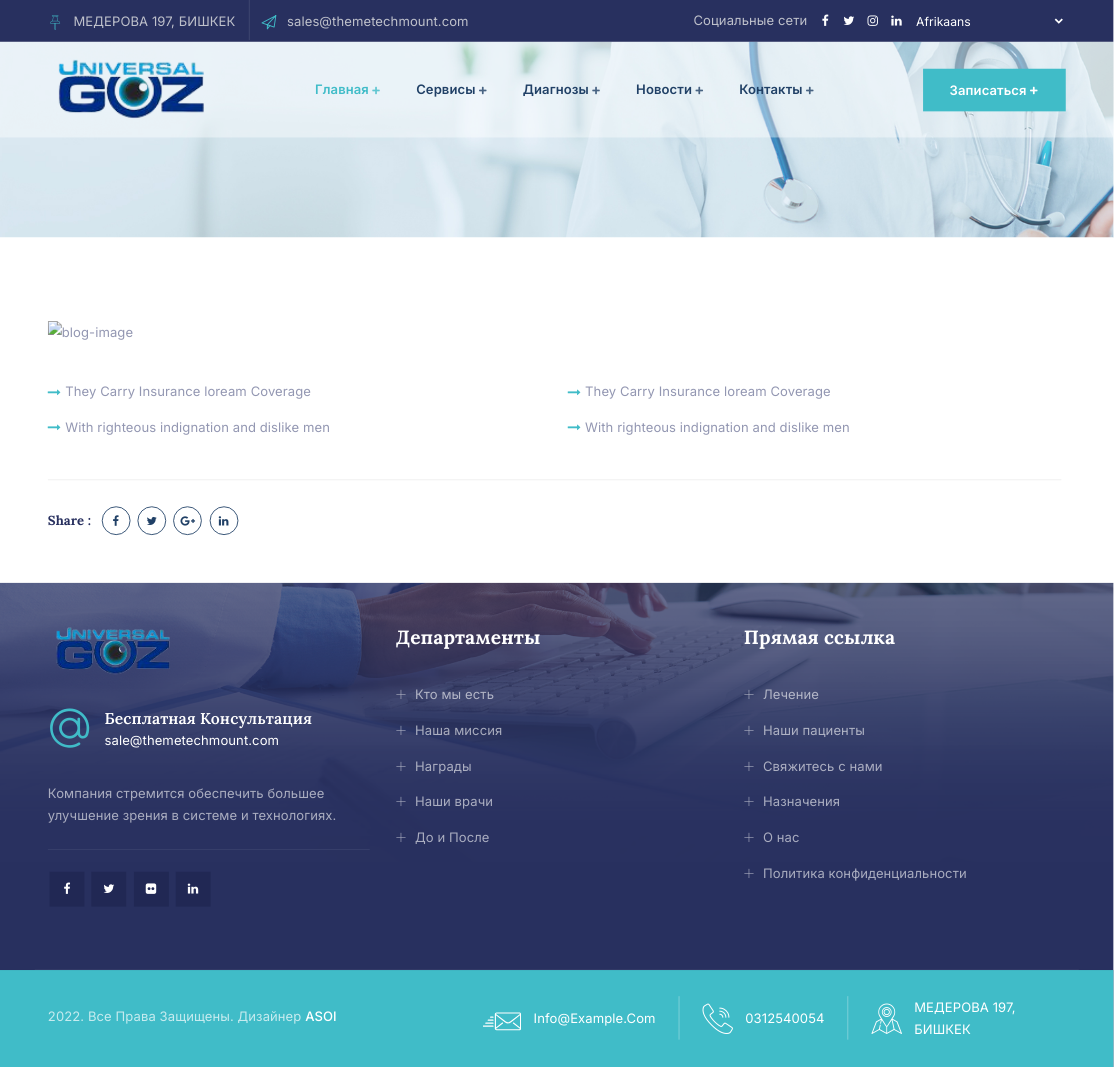
Repository: ZhanbolotAbdrasilov17/UniversalGoz
Page: templates/research_single.html
The author's editor kept a copy of each file at every save. The page is drawn from the files as they stood at one save, then again after the next save.
The browser window is 1280 px wide. The pictures show the whole page, at 87% of full size.
The template is drawn by Django 4.2. The application's start-up code is not run. Other server files are loaded and not shown. The template is opened directly, without the code that normally fills it, so the values that code supplies are empty.

Above is the page before, as saved 2022-07-02 19:13:24.
Console error: SyntaxError: Unexpected token '}'

### templates/research_single.html
{% extends 'index2.html' %}
{% load static %}
{% block page %}



        <!-- page-title -->
        <div class="ttm-page-title-row">
            <div class="ttm-page-title-row-inner">
                <div class="container">
                    <div class="row align-items-center">

                    </div>
                </div>
            </div>
        </div>
        <!-- page-title end -->

        <!--site-main start-->
        <div class="site-main">

            <div class="ttm-row sidebar ttm-sidebar-right ttm-bgcolor-white clearfix">
                <div class="container">
                    <!-- row -->
                    <div class="row">
                        <div class="col-lg-12 content-area">
                            <!-- post -->
                            <article class="post ttm-blog-single clearfix">
                                <!-- ttm-blog-classic-content -->
                                <div class="ttm-blog-single-content">
                                    <div class="entry-content">
                                        <div class="ttm-box-desc-text">
                                            <div class="margin_top40 margin_bottom40">
                                                <div class="row">
                                                    <div class="col-md-6 ttm-box-col-wrapper res-767-padding_bottom30">
                                                        <img class="img-fluid w-100 h-100" src="{{ treatment.image.url }}" alt="blog-image">
                                                    </div>
                                                </div>
                                            </div>

                                            {% for treat in treatment_desc %}
                                            {% if treat.treatment.id == treatment.id %}
                                            <div class="text-content">
                                                <h4 class="fs-22">{{ treat.title}}</h4>
                                                <p>{{ treat.text }}</p>
                                            </div>
                                            {% endif %}
                                            {% endfor %}



                                            <div class="margin_top30 margin_bottom45">
                                                <div class="row">
                                                    <div class="col-sm-6">
                                                        <ul class="ttm-list ttm-list-style-icon ttm-list-icon-color-skincolor">
                                                            <li><i class="fa fa-long-arrow-right"></i><div class="ttm-list-li-content">They Carry Insurance loream Coverage</div></li>
                                                            <li><i class="fa fa-long-arrow-right"></i><div class="ttm-list-li-content">With righteous indignation and dislike men</div></li>
                                                        </ul>
                                                    </div>
                                                    <div class="col-sm-6">
                                                        <ul class="ttm-list ttm-list-style-icon ttm-list-icon-color-skincolor res-575-margin_top10">
                                                            <li><i class="fa fa-long-arrow-right"></i><div class="ttm-list-li-content">They Carry Insurance loream Coverage</div></li>
                                                            <li><i class="fa fa-long-arrow-right"></i><div class="ttm-list-li-content">With righteous indignation and dislike men</div></li>
                                                        </ul>
                                                    </div>
                                                </div>
                                            </div>
                                            <div class="social-media-block">
                                                <div class="d-sm-flex justify-content-between">
                                                    <div class="ttm-social-share-wrapper margin_top15">
                                                        <h6 class="font-weight-50 margin_bottom0 margin_right10">Share : </h6>
                                                        <ul class="social-icons circle">
                                                            <li><a href="javascript:void(0)"><i class="fa fa-facebook"></i></a></li>
                                                            <li><a href="javascript:void(0)"><i class="fa fa-twitter"></i></a></li>
                                                            <li><a href="javascript:void(0)"><i class="fa fa-google-plus"></i></a></li>
                                                            <li><a href="javascript:void(0)"><i class="fa fa-linkedin"></i></a></li>
                                                        </ul>
                                                    </div>
                                                </div>
                                            </div>
                                        </div>
                                    </div>
                                </div><!-- ttm-blog-classic-content end -->
                            </article><!-- post end -->
                        </div>
                    </div><!-- row end -->
                </div>
            </div>


        </div><!--site-main end-->





{% endblock %}

### static/assets/css/flaticon.css
@font-face {
    font-family: "Flaticon";
    src: url("../fonts/Flaticon.eot");
    src: url("../fonts/Flaticon-1.eot") format("embedded-opentype"),
    url("../fonts/Flaticon.woff2") format("woff2"),
    url("../fonts/Flaticon.woff") format("woff"),
    url("../fonts/Flaticon.ttf") format("truetype"),
    url("../fonts/Flaticon.svg") format("svg");
    font-weight: normal;
    font-style: normal;
}
@media screen and (-webkit-min-device-pixel-ratio:0) {
  @font-face {
    font-family: "Flaticon";
    src: url("../fonts/Flaticon.svg") format("svg");
  }
}

[class^="flaticon-"]:before, [class*=" flaticon-"]:before,
[class^="flaticon-"]:after, [class*=" flaticon-"]:after {
    font-family: Flaticon;
    font-style: normal;
}

.flaticon-optical:before {
    content: "\f101";
}
.flaticon-eye:before {
    content: "\f102";
}
.flaticon-optical-1:before {
    content: "\f103";
}
.flaticon-eye-1:before {
    content: "\f104";
}
.flaticon-glasses:before {
    content: "\f105";
}
.flaticon-eyeglasses:before {
    content: "\f106";
}
.flaticon-eye-2:before {
    content: "\f107";
}
.flaticon-vision:before {
    content: "\f108";
}
.flaticon-optical-shop:before {
    content: "\f109";
}
.flaticon-optical-2:before {
    content: "\f10a";
}
.flaticon-optics:before {
    content: "\f10b";
}
.flaticon-optical-3:before {
    content: "\f10c";
}
.flaticon-optics-1:before {
    content: "\f10d";
}
.flaticon-vision-1:before {
    content: "\f10e";
}
.flaticon-observation:before {
    content: "\f10f";
}
.flaticon-optical-4:before {
    content: "\f110";
}
.flaticon-optical-5:before {
    content: "\f111";
}
.flaticon-optical-6:before {
    content: "\f112";
}
.flaticon-optic:before {
    content: "\f113";
}
.flaticon-vision-2:before {
    content: "\f114";
}
.flaticon-view:before {
    content: "\f115";
}
.flaticon-eye-exam:before {
    content: "\f116";
}
.flaticon-contact-lens:before {
    content: "\f117";
}
.flaticon-visual:before {
    content: "\f118";
}
.flaticon-glasses-1:before {
    content: "\f119";
}
.flaticon-eye-3:before {
    content: "\f11a";
}
.flaticon-eyeglasses-1:before {
    content: "\f11b";
}
.flaticon-computer:before {
    content: "\f11c";
}
.flaticon-view-1:before {
    content: "\f11d";
}
.flaticon-vision-3:before {
    content: "\f11e";
}
.flaticon-eyeglasses-2:before {
    content: "\f11f";
}
.flaticon-ophthalmology:before {
    content: "\f120";
}
.flaticon-optical-7:before {
    content: "\f121";
}
.flaticon-eye-test:before {
    content: "\f122";
}
.flaticon-glasses-2:before {
    content: "\f123";
}
.flaticon-eye-4:before {
    content: "\f124";
}
.flaticon-refraction:before {
    content: "\f125";
}
.flaticon-eye-exam-1:before {
    content: "\f126";
}
.flaticon-glasses-3:before {
    content: "\f127";
}
.flaticon-dropper:before {
    content: "\f128";
}
.flaticon-eyeglasses-3:before {
    content: "\f129";
}
.flaticon-oculist:before {
    content: "\f12a";
}
.flaticon-doctor:before {
    content: "\f12b";
}
.flaticon-doctor-1:before {
    content: "\f12c";
}
.flaticon-eye-exam-2:before {
    content: "\f12d";
}
.flaticon-eye-test-1:before {
    content: "\f12e";
}
.flaticon-medical-report:before {
    content: "\f12f";
}
.flaticon-medical-report-1:before {
    content: "\f130";
}
.flaticon-medicines:before {
    content: "\f131";
}
.flaticon-medicine:before {
    content: "\f132";
}
.flaticon-phone-call:before {
    content: "\f133";
}
.flaticon-location:before {
    content: "\f134";
}
.flaticon-placeholder:before {
    content: "\f135";
}
.flaticon-email:before {
    content: "\f136";
}
.flaticon-email-1:before {
    content: "\f137";
}
.flaticon-play-button:before {
    content: "\f138";
}
.flaticon-newsletter:before {
    content: "\f139";
}
.flaticon-optometrist:before {
    content: "\f13a";
}
.flaticon-optometrist-1:before {
    content: "\f13b";
}
.flaticon-pin:before {
    content: "\f13c";
}
.flaticon-place:before {
    content: "\f13d";
}
.flaticon-shield:before {
    content: "\f13e";
}
.flaticon-best:before {
    content: "\f13f";
}
.flaticon-return:before {
    content: "\f140";
}
.flaticon-paper-plane:before {
    content: "\f141";
}
.flaticon-tack:before {
    content: "\f142";
}
.flaticon-user-interface:before {
    content: "\f143";
}
.flaticon-comment-white-oval-bubble:before {
    content: "\f144";
}
.flaticon-speech-bubble:before {
    content: "\f145";
}
.flaticon-email-2:before {
    content: "\f146";
}
.flaticon-eye-test-2:before {
    content: "\f147";
}
.flaticon-eye-test-3:before {
    content: "\f148";
}
.flaticon-vision-4:before {
    content: "\f149";
}
.flaticon-eye-test-4:before {
    content: "\f14a";
}
.flaticon-email-3:before {
    content: "\f14b";
}
.flaticon-location-1:before {
    content: "\f14c";
}
.flaticon-call:before {
    content: "\f14d";
}
.flaticon-arroba:before {
    content: "\f14e";
}
.flaticon-eye-5:before {
    content: "\f14f";
}
.flaticon-avatar:before {
    content: "\f150";
}
.flaticon-checkmark:before {
    content: "\f151";
}

### static/assets/css/fontello.css
@font-face {
  font-family: 'fontello';
  src: url('../fonts/fontello.eot');
  src: url('../fonts/fontello.eot') format('embedded-opentype'),
       url('../fonts/fontello.woff2') format('woff2'),
       url('../fonts/fontello.woff') format('woff'),
       url('../fonts/fontello.ttf') format('truetype'),
       url('../fonts/fontello.svg') format('svg');
  font-weight: normal;
  font-style: normal;
}
/*/ Chrome hack: SVG is rendered more smooth in Windozze. 100% magic, uncomment if you need it. /*/
/*/ Note, that will break hinting! In other OS-es font will be not as sharp as it could be /*/
/*
@media screen and (-webkit-min-device-pixel-ratio:0) {
  @font-face {
    font-family: 'fontello';
    src: url('../font/fontello.svg?80376527#fontello') format('svg');
  }
}
*/

@media screen and (-webkit-min-device-pixel-ratio:0) {
  @font-face {
    font-family: "fontello";
    src: url("../fonts/fontello-1.svg") format("svg");
  }
}


[class^="icon-"]:before, [class*=" icon-"]:before {

  font-family: 'fontello';
  speak: none;
  font-style: normal;
  font-weight: 600;
  font-variant: normal;
  text-transform: none;
  line-height: 1;


  /* For safety - reset parent styles, that can break glyph codes*/
  font-variant: normal;
  text-transform: none;

  /* fix buttons height, for twitter bootstrap */
  line-height: 1em;

  /* Animation center compensation - margins should be symmetric */
  /* remove if not needed */
  margin-left: .2em;

  /* you can be more comfortable with increased icons size */
  /* font-size: 120%; */

  /* Font smoothing. That was taken from TWBS */
  -webkit-font-smoothing: antialiased;
  -moz-osx-font-smoothing: grayscale;

  /* Uncomment for 3D effect */
  /* text-shadow: 1px 1px 1px rgba(127, 127, 127, 0.3); */
}

.icon-plus:before { content: '\e800'; } /* '' */

### static/assets/css/slick.css
/* Slider */
.slick-slider
{
    position: relative;

    display: block;
    box-sizing: border-box;

    -webkit-user-select: none;
       -moz-user-select: none;
        -ms-user-select: none;
            user-select: none;

    -webkit-touch-callout: none;
    -khtml-user-select: none;
    -ms-touch-action: pan-y;
        touch-action: pan-y;
    -webkit-tap-highlight-color: transparent;
}

.slick-list
{
    position: relative;

    display: block;
    overflow: hidden;

    margin: 0;
    padding: 0;
}
.slick-list:focus
{
    outline: none;
}
.slick-list.dragging
{
    cursor: pointer;
    cursor: hand;
}

.slick-slider .slick-track,
.slick-slider .slick-list
{
    -webkit-transform: translate3d(0, 0, 0);
       -moz-transform: translate3d(0, 0, 0);
        -ms-transform: translate3d(0, 0, 0);
         -o-transform: translate3d(0, 0, 0);
            transform: translate3d(0, 0, 0);
}

.slick-track
{
    position: relative;
    top: 0;
    left: 0;

    display: block;
    margin-left: auto;
    margin-right: auto;
}
.slick-track:before,
.slick-track:after
{
    display: table;

    content: '';
}
.slick-track:after
{
    clear: both;
}
.slick-loading .slick-track
{
    visibility: hidden;
}

.slick-slide
{
    display: none;
    float: left;

    height: 100%;
    min-height: 1px;
}
[dir='rtl'] .slick-slide
{
    float: right;
}
.slick-slide img
{
    display: block;
}
.slick-slide.slick-loading img
{
    display: none;
}
.slick-slide.dragging img
{
    pointer-events: none;
}
.slick-initialized .slick-slide
{
    display: block;
}
.slick-loading .slick-slide
{
    visibility: hidden;
}
.slick-vertical .slick-slide
{
    display: block;

    height: auto;

    border: 1px solid transparent;
}
.slick-arrow.slick-hidden {
    display: none;
}

.testimonials-nav .slick-track{
    transform: translate3d(10px, 0px, 0px)!important;
}

### static/assets/css/twentytwenty.css
.twentytwenty-horizontal .twentytwenty-handle:before, .twentytwenty-horizontal .twentytwenty-handle:after, .twentytwenty-vertical .twentytwenty-handle:before, .twentytwenty-vertical .twentytwenty-handle:after {
  content: " ";
  display: block;
  background: white;
  position: absolute;
  z-index: 30;
  -webkit-box-shadow: 0px 0px 12px rgba(51, 51, 51, 0.5);
  -moz-box-shadow: 0px 0px 12px rgba(51, 51, 51, 0.5);
  box-shadow: 0px 0px 12px rgba(51, 51, 51, 0.5); }

.twentytwenty-horizontal .twentytwenty-handle:before, .twentytwenty-horizontal .twentytwenty-handle:after {
  width: 3px;
  height: 9999px;
  left: 50%;
  margin-left: -1.5px; }

.twentytwenty-vertical .twentytwenty-handle:before, .twentytwenty-vertical .twentytwenty-handle:after {
  width: 9999px;
  height: 3px;
  top: 50%;
  margin-top: -1.5px; }

.twentytwenty-before-label, .twentytwenty-after-label, .twentytwenty-overlay {
  position: absolute;
  top: 0;
  opacity: 0;
  width: 100%;
  height: 100%; }

.twentytwenty-before-label, .twentytwenty-after-label, .twentytwenty-overlay {
  -webkit-transition-duration: 0.5s;
  -moz-transition-duration: 0.5s;
  transition-duration: 0.5s; }

.twentytwenty-before-label, .twentytwenty-after-label {
  -webkit-transition-property: opacity;
  -moz-transition-property: opacity;
  transition-property: opacity; }

.twentytwenty-before-label:before, .twentytwenty-after-label:before {
  color: white;
  font-size: 13px;
  letter-spacing: 0.1em; }

.twentytwenty-before-label:before, .twentytwenty-after-label:before {
  position: absolute;
  background: rgba(255, 255, 255, 0.2);
  line-height: 38px;
  padding: 0 20px;
  -webkit-border-radius: 2px;
  -moz-border-radius: 2px;
  border-radius: 2px; }

.twentytwenty-horizontal .twentytwenty-before-label:before, .twentytwenty-horizontal .twentytwenty-after-label:before {
  top: 50%;
  margin-top: -19px; }

.twentytwenty-vertical .twentytwenty-before-label:before, .twentytwenty-vertical .twentytwenty-after-label:before {
  left: 50%;
  margin-left: -45px;
  text-align: center;
  width: 90px; }

.twentytwenty-left-arrow, .twentytwenty-right-arrow, .twentytwenty-up-arrow, .twentytwenty-down-arrow {
  width: 0;
  height: 0;
  border: 6px inset transparent;
  position: absolute; }

.twentytwenty-left-arrow, .twentytwenty-right-arrow {
  top: 50%;
  margin-top: -6px; }

.twentytwenty-up-arrow, .twentytwenty-down-arrow {
  left: 50%;
  margin-left: -6px; }

.twentytwenty-container {
  -webkit-box-sizing: content-box;
  -moz-box-sizing: content-box;
  box-sizing: content-box;
  z-index: 0;
  overflow: hidden;
  position: relative;
  -webkit-user-select: none;
  -moz-user-select: none;
  -ms-user-select: none; }
  .twentytwenty-container img {
    max-width: 100%;
    width: 100%;
    position: absolute;
    top: 0;
    display: block; }
  .twentytwenty-container.active .twentytwenty-overlay, .twentytwenty-container.active :hover.twentytwenty-overlay {
    background: rgba(0, 0, 0, 0); }
    .twentytwenty-container.active .twentytwenty-overlay .twentytwenty-before-label,
    .twentytwenty-container.active .twentytwenty-overlay .twentytwenty-after-label, .twentytwenty-container.active :hover.twentytwenty-overlay .twentytwenty-before-label,
    .twentytwenty-container.active :hover.twentytwenty-overlay .twentytwenty-after-label {
      opacity: 0; }
  .twentytwenty-container * {
    -webkit-box-sizing: content-box;
    -moz-box-sizing: content-box;
    box-sizing: content-box; }

.twentytwenty-before-label {
  opacity: 0; }
  .twentytwenty-before-label:before {
    content: attr(data-content); }

.twentytwenty-after-label {
  opacity: 0; }
  .twentytwenty-after-label:before {
    content: attr(data-content); }

.twentytwenty-horizontal .twentytwenty-before-label:before {
  left: 10px; }

.twentytwenty-horizontal .twentytwenty-after-label:before {
  right: 10px; }

.twentytwenty-vertical .twentytwenty-before-label:before {
  top: 10px; }

.twentytwenty-vertical .twentytwenty-after-label:before {
  bottom: 10px; }

.twentytwenty-overlay {
  -webkit-transition-property: background;
  -moz-transition-property: background;
  transition-property: background;
  background: rgba(0, 0, 0, 0);
  z-index: 25; }

.twentytwenty-overlay:hover .twentytwenty-after-label {
  opacity: 1; }
.twentytwenty-overlay:hover .twentytwenty-before-label {
  opacity: 1; }

.twentytwenty-before {
  z-index: 20; }

.twentytwenty-after {
  z-index: 10; }

.twentytwenty-handle {
  height: 38px;
  width: 38px;
  position: absolute;
  left: 50%;
  top: 50%;
  margin-left: -22px;
  margin-top: -22px;
  border: 3px solid white;
  -webkit-border-radius: 1000px;
  -moz-border-radius: 1000px;
  border-radius: 1000px;
  -webkit-box-shadow: 0px 0px 12px rgba(51, 51, 51, 0.5);
  -moz-box-shadow: 0px 0px 12px rgba(51, 51, 51, 0.5);
  box-shadow: 0px 0px 12px rgba(51, 51, 51, 0.5);
  z-index: 40;
  cursor: pointer; }

.twentytwenty-horizontal .twentytwenty-handle:before {
  bottom: 50%;
  margin-bottom: 22px;
  -webkit-box-shadow: 0 3px 0 white, 0px 0px 12px rgba(51, 51, 51, 0.5);
  -moz-box-shadow: 0 3px 0 white, 0px 0px 12px rgba(51, 51, 51, 0.5);
  box-shadow: 0 3px 0 white, 0px 0px 12px rgba(51, 51, 51, 0.5); }
.twentytwenty-horizontal .twentytwenty-handle:after {
  top: 50%;
  margin-top: 22px;
  -webkit-box-shadow: 0 -3px 0 white, 0px 0px 12px rgba(51, 51, 51, 0.5);
  -moz-box-shadow: 0 -3px 0 white, 0px 0px 12px rgba(51, 51, 51, 0.5);
  box-shadow: 0 -3px 0 white, 0px 0px 12px rgba(51, 51, 51, 0.5); }

.twentytwenty-vertical .twentytwenty-handle:before {
  left: 50%;
  margin-left: 22px;
  -webkit-box-shadow: 3px 0 0 white, 0px 0px 12px rgba(51, 51, 51, 0.5);
  -moz-box-shadow: 3px 0 0 white, 0px 0px 12px rgba(51, 51, 51, 0.5);
  box-shadow: 3px 0 0 white, 0px 0px 12px rgba(51, 51, 51, 0.5); }
.twentytwenty-vertical .twentytwenty-handle:after {
  right: 50%;
  margin-right: 22px;
  -webkit-box-shadow: -3px 0 0 white, 0px 0px 12px rgba(51, 51, 51, 0.5);
  -moz-box-shadow: -3px 0 0 white, 0px 0px 12px rgba(51, 51, 51, 0.5);
  box-shadow: -3px 0 0 white, 0px 0px 12px rgba(51, 51, 51, 0.5); }

.twentytwenty-left-arrow {
  border-right: 6px solid white;
  left: 50%;
  margin-left: -17px; }

.twentytwenty-right-arrow {
  border-left: 6px solid white;
  right: 50%;
  margin-right: -17px; }

.twentytwenty-up-arrow {
  border-bottom: 6px solid white;
  top: 50%;
  margin-top: -17px; }

.twentytwenty-down-arrow {
  border-top: 6px solid white;
  bottom: 50%;
  margin-bottom: -17px; }

Loaded but not shown: static/assets/css/bootstrap.min.css (library); static/assets/css/animate.css (library); static/assets/css/font-awesome.css (library); static/assets/css/themify-icons.css (common file); static/assets/js/jquery-3.6.0.min.js (library); static/assets/js/jquery-migrate-3.3.2.min.js (library); static/assets/js/bootstrap.min.js (library); static/assets/js/jquery.easing.js (library); static/assets/js/jquery-waypoints.js (library); static/assets/js/jquery-validate.js (library); static/assets/js/jquery.prettyPhoto.js (library); static/assets/js/slick.min.js (library); static/assets/js/numinate.min.js (library); static/assets/js/imagesloaded.min.js (library); static/assets/js/jquery-isotope.js (library); static/assets/js/jquery.event.move.js (library); static/assets/js/jquery.twentytwenty.js (library); static/assets/images/email.svg (58 lines, source omitted); static/assets/js/main.js (548 lines, source omitted); static/assets/css/main.css (3008 lines, source omitted); static/assets/css/shortcodes.css (3399 lines, source omitted); static/assets/css/responsive.css (755 lines, source omitted); templates/index2.html (446 lines, source omitted); static/assets/css/prettyPhoto.css (170 lines, source omitted); static/assets/css/megamenu.css (371 lines, source omitted)

After the next save:
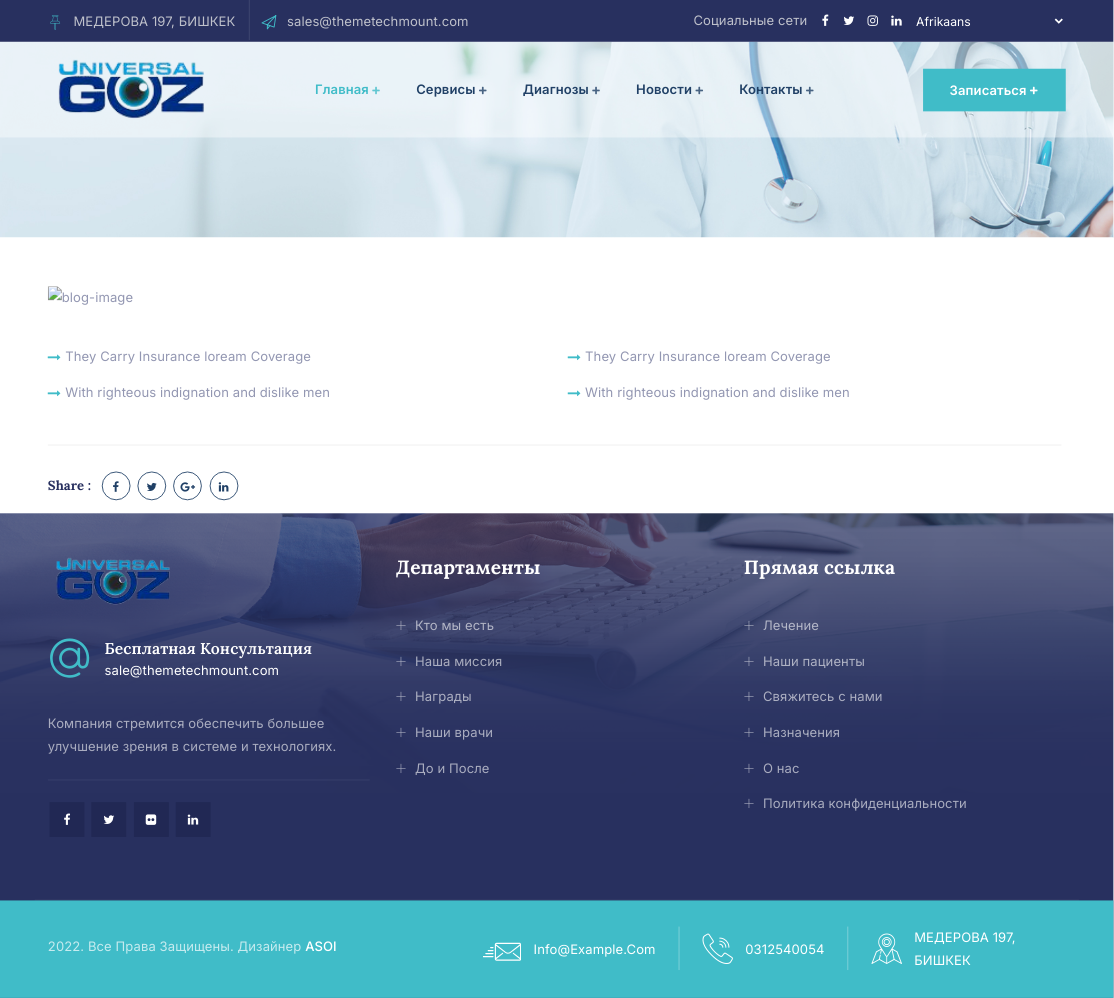
Saved 26 s later.
--- a/templates/research_single.html
+++ b/templates/research_single.html
@@ -19,7 +19,7 @@
         <!--site-main start-->
         <div class="site-main">
 
-            <div class="ttm-row sidebar ttm-sidebar-right ttm-bgcolor-white clearfix">
+            <div class="sidebar ttm-sidebar-right ttm-bgcolor-white clearfix">
                 <div class="container">
                     <!-- row -->
                     <div class="row">
